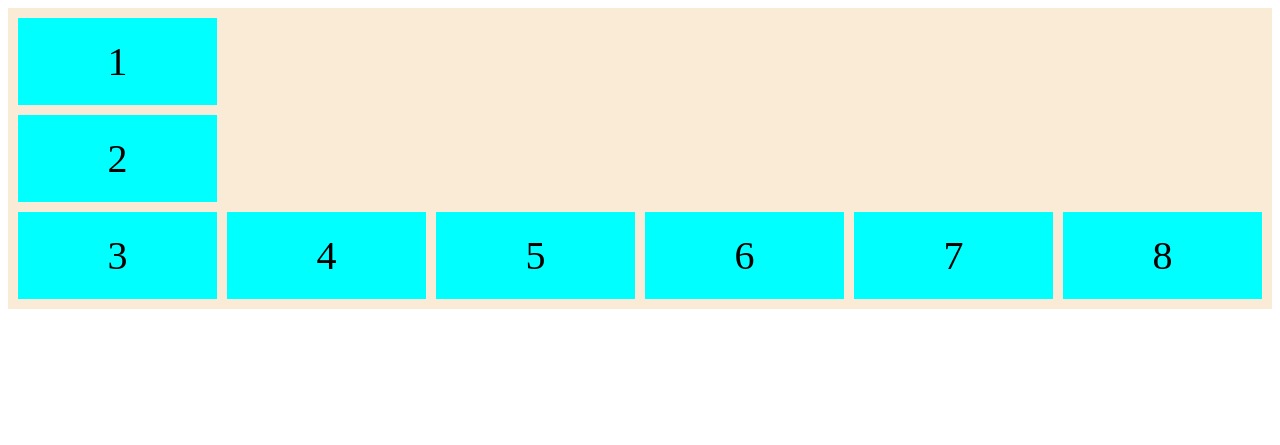
Repository: Thonghehe/Lab1_WEB106
Page: index11.html
An editor plug-in stored every save of this project. The page is shown before and after a run of saves, followed by the edit.
The browser window is 1280 px wide. The pictures show the whole page.

Above is the page before, as saved 2024-03-05 18:04:07.

### index11.html
<!DOCTYPE html>
<html lang="en">

<head>
    <meta charset="UTF-8">
    <meta name="viewport" content="width=device-width, initial-scale=1.0">
    <title>Document</title>
    <link rel="stylesheet" href="./style.css">
</head>

<body>
    <div class="grid-container">
        <div class="item1">1</div>
        <div class="item2">2</div>
        <div class="item3">3</div>
        <div class="item4">4</div>
        <div class="item5">5</div>
        <div class="item6">6</div>
        <div class="item7">7</div>
        <div class="item8">8</div>
    </div>
</body>

</html>

### style.css
.grid-container {
    display: grid;
    grid-template-columns: auto auto auto auto auto auto;
    gap: 10px;
    background-color: antiquewhite;
    padding: 10px;
}

.grid-container>div {
    background-color: aqua;
    text-align: center;
    padding: 20px;
    font-size: 40px;
}

.item1,
.item2,
.item3 {
    grid-column: 1;
}

After the next 2 saves:
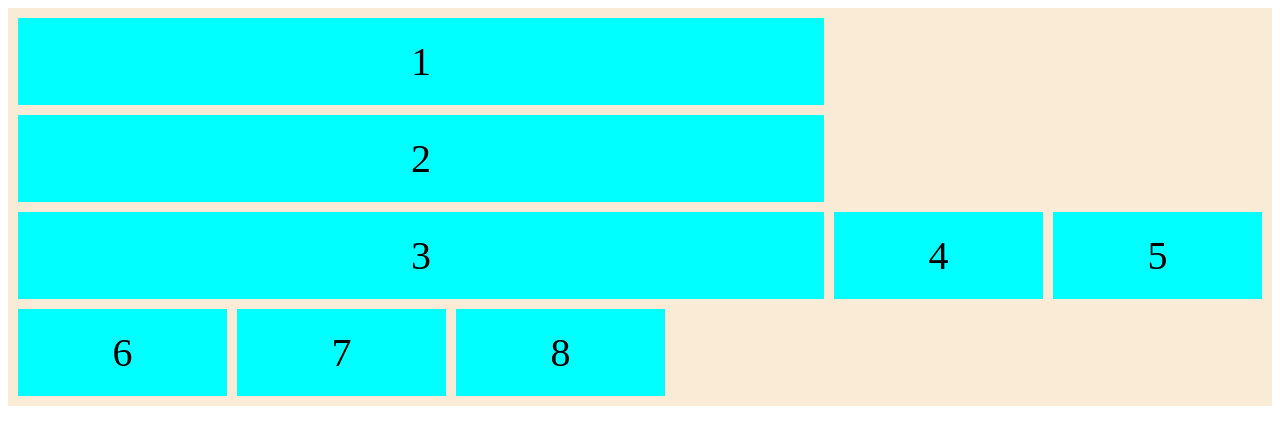
The 2 saves are shown as one change because they came seconds apart.
The last was saved 8 s later.
--- a/style.css
+++ b/style.css
@@ -16,5 +16,5 @@
 .item1,
 .item2,
 .item3 {
-    grid-column: 1;
+    grid-column: 1/5;
 }
